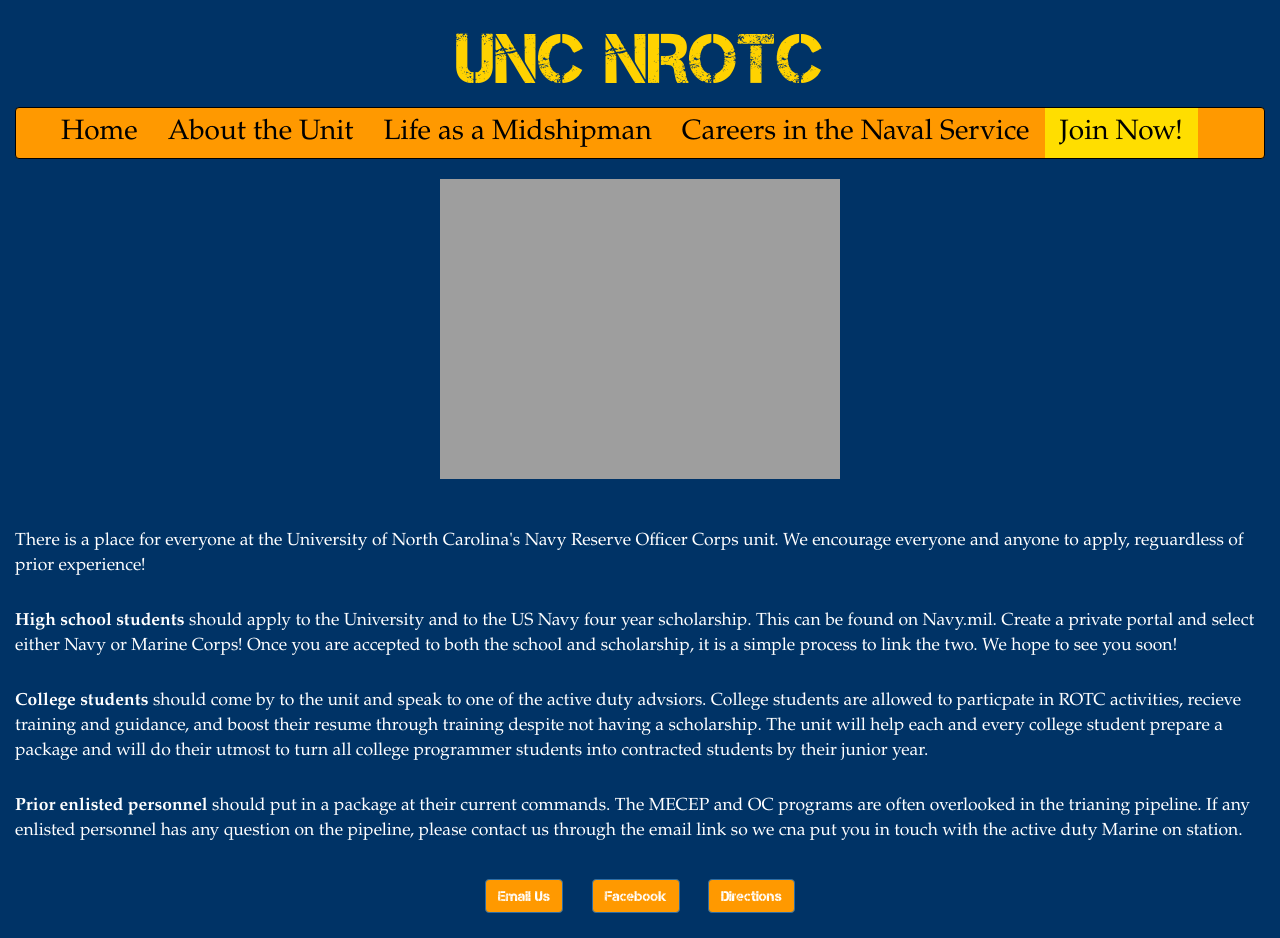
Repository: dhruvshankar96/Comp-126-Final-Project
Page: page4.html
The author's editor kept a record of every edit. The page is drawn from the files as they stood at one moment, then again after the next edit.
The browser window is 1280 px wide. The pictures show the whole page.
Pictures or frames that could not be fetched are drawn as grey boxes. Some web libraries are served in a nearby version.

Above is the page before.

### page4.html
<!DOCTYPE html>
<html lang="en">

    <head>
        <title>Join Now!</title>
        <meta charset="utf-8">
        <meta name="viewport" content="width=device-width, initial-scale=1">
        <link rel="stylesheet" href="https://maxcdn.bootstrapcdn.com/bootstrap/3.3.7/css/bootstrap.min.css">
        <script src="https://ajax.googleapis.com/ajax/libs/jquery/3.2.1/jquery.min.js"></script>
        <script src="https://maxcdn.bootstrapcdn.com/bootstrap/3.3.7/js/bootstrap.min.js"></script>
        <link rel="stylesheet" href="resources/css/styles.css">
    </head>

    <body>
        <div class="container-fluid">
            <!-- Header -->
            <header>
                <div class="row" ID="header">
                    <div class="col-md-12 col-sm-12 col-xs-12">
                        <h1>UNC NROTC</h1>
                    </div>
                </div>
            </header>
            <!-- Navigation bar -->
            <nav class="navbar navbar-default">
                <div class="container-fluid">
                    <div class="collapse navbar-collapse" id="mynavbar-content">
                        <ul class="nav navbar-nav">
                            <li><a href="index.html">Home</a></li>
                            <li><a href="page1.html">About the Unit</a></li>
                            <li><a href="page2.html">Life as a Midshipman</a></li>
                            <li><a href="page3.html">Careers in the Naval Service</a></li>
                            <li class="active"><a href="page4.html">Join Now!</a></li>
                        </ul>
                    </div>
                </div>
            </nav>
            <!-- Main Content Area -->
            <div class="row">
                <div class="col-md-12 col-sm-12 col-xs-12">
                    <img src="resources/images/join_now.jpg" height="300" width="400" alt="NROTC student" />
                </div>
                <div class="col-md-12 col-sm-12 col-xs-12">
                    <p>There is a place for everyone at the University of North Carolina's Navy Reserve Officer Corps unit. We encourage everyone and anyone to apply, reguardless of prior experience!</p>
                    </br>
                    <p><b>High school students</b> should apply to the University and to the US Navy four year scholarship. This can be found on Navy.mil. Create a private portal and select either Navy or Marine Corps! Once you are accepted to both the school
                        and scholarship, it is a simple process to link the two. We hope to see you soon!</p>
                    </br>
                    <p><b>College students</b> should come by to the unit and speak to one of the active duty advsiors. College students are allowed to particpate in ROTC activities, recieve training and guidance, and boost their resume through training
                        despite not having a scholarship. The unit will help each and every college student prepare a package and will do their utmost to turn all college programmer students into contracted students by their junior year.</p>
                    </br>
                    <p><b>Prior enlisted personnel</b> should put in a package at their current commands. The MECEP and OC programs are often overlooked in the trianing pipeline. If any enlisted personnel has any question on the pipeline, please contact
                        us through the email link so we cna put you in touch with the active duty Marine on station.</p>
                </div>
            </div>
            <!-- Footer -->
            <footer>
                <div class="row">
                    <div class="col-md-12 col-sm-12 col-xs-12">
                        <a href="mailto:guerrera@live.unc.edu" class="btn btn-primary btn-md" role="button">Email Us</a>
                        <a href="https://www.facebook.com/UNC.NROTC/" class="btn btn-primary btn-md" role="button">Facebook</a>
                        <a href="https://www.google.com/maps/place/221+S+Columbia+St,+Chapel+Hill,+NC+27514/@35.9103116,-79.056192,17z/data=!3m1!4b1!4m5!3m4!1s0x89acc2e630511c69:0x318bc5f77d37c4a4!8m2!3d35.9103116!4d-79.0540033" class="btn btn-primary btn-md" role="button">Directions</a>
                    </div>
                </div>
            </footer>
        </div>
    </body>

</html>

### resources/css/styles.css
@font-face {
    font-family: 'Capsmall';
    src: url('../fonts/Capsmall.ttf') format('truetype')
}

body {
    background-color: #003366;
    font-family: Garamond, Times, serif;
}

h1,
h2,
h2 a {
    font-family: 'Capsmall', serif;
    color: #FFD200;
    text-align: center;
}

header h1 {
    font-size: 500%;
}

h2 a:hover {
    color: white;
}

.navbar {
    background-color: #FF9900;
    border-color: black;
}

.navbar .navbar-collapse .navbar-nav li a {
    color: black;
    font-size: 200%;
}

.navbar .navbar-collapse .navbar-nav li a:hover {
    color: white;
}

.navbar .navbar-collapse .navbar-nav .active a {
    background-color: #FFDE00;
}

#homePageCarousel {
    margin-bottom: 5%;
}

p {
    color: white;
    font-size: 125%;
    text-align: left;
}

.row img {
    display: block;
    margin: auto;
    margin-bottom: 4%;
}

footer {
    margin-top: 2%;
    margin-bottom: 2%;
    text-align: center;
}

footer .btn {
    margin-left: 1%;
    margin-right: 1%;
    background-color: #FF9900;
}

footer a {
    font-family: 'Capsmall', serif;
    color: black;

}

footer a:hover {
    color: white;
}

After the next edit:
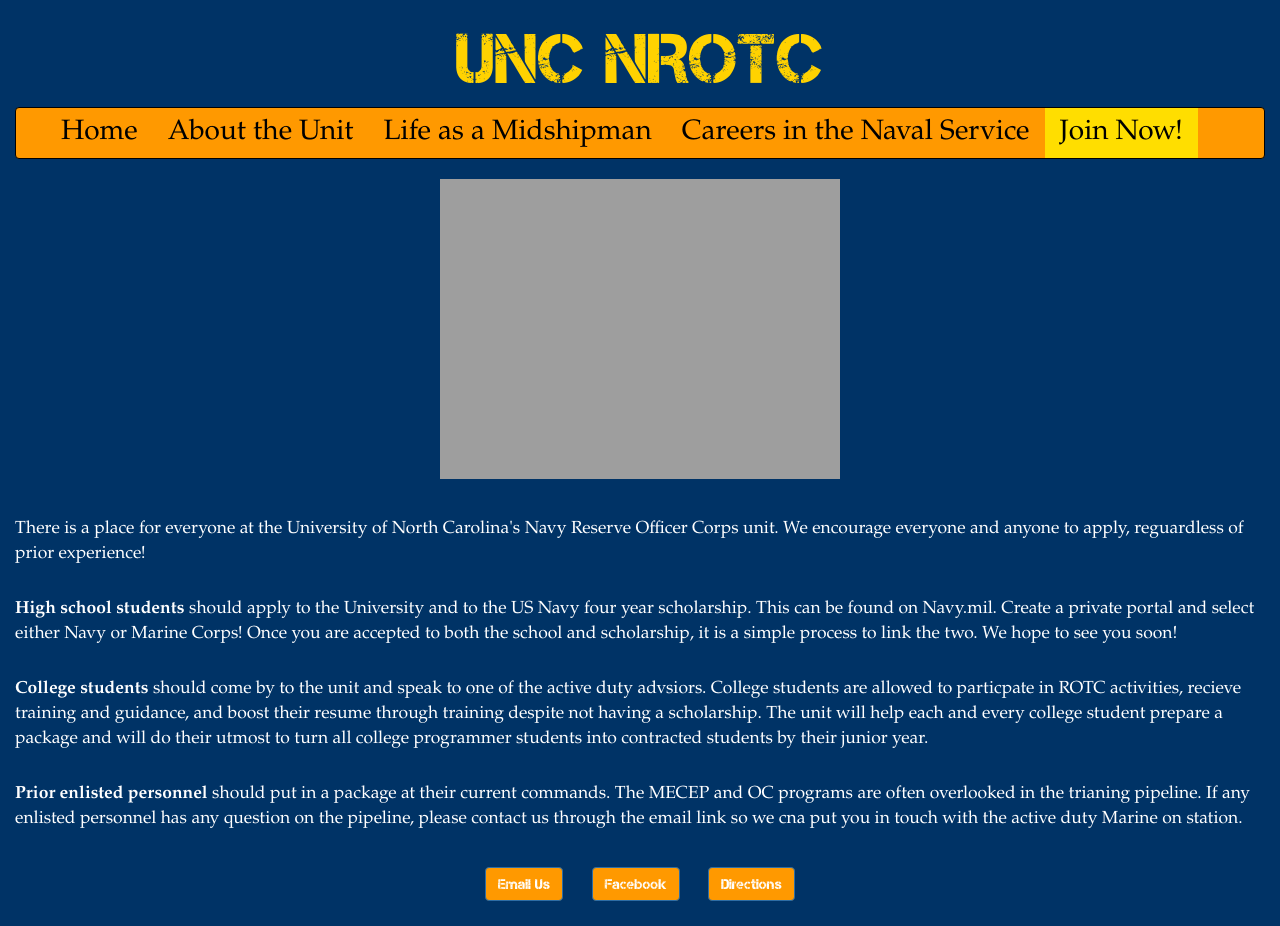
The edit:
--- a/resources/css/styles.css
+++ b/resources/css/styles.css
@@ -55,7 +55,7 @@
 .row img {
     display: block;
     margin: auto;
-    margin-bottom: 4%;
+    margin-bottom: 3%;
 }
 
 footer {
